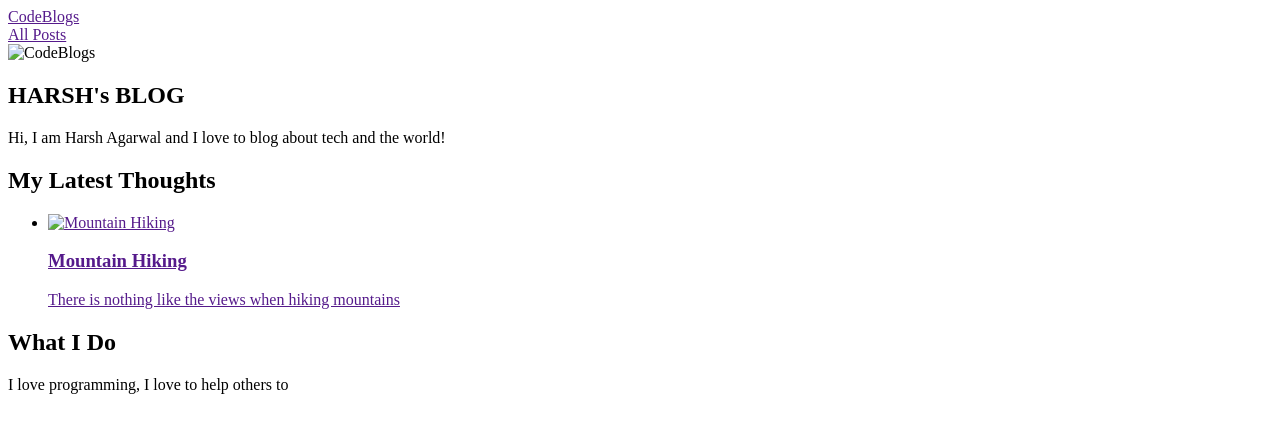
Repository: harshagr64/codeblogs
Page: http://localhost/
The author's editor kept a copy of each file at every save. The page is drawn from the files as they stood at one save, then again after a run of saves.
The browser window is 1280 px wide. The pictures show the whole page.
The page is served by the project's application, run on Django 3.2 (manage.py). Other server files are loaded and not shown.

Above is the page before, as saved 2021-08-21 09:48:42.

### codeblogs/blog/templates/blog/index.html
{% extends 'base.html' %} {% block title %}CodeBlogs{% endblock %}

{% block content %}
    <header id = "main-navigation">
        <a href = "">CodeBlogs</a>

        <nav>
            <a href = "">All Posts</a>
        </nav>
    </header>

    <section id = "welcome">
        <header>
            <img src = "" alt = "CodeBlogs">
            <h2>HARSH's BLOG</h2>
        </header>
        <p>Hi, I am Harsh Agarwal and I love to blog about tech and the world!</p>
    </section>
    <section id="latest-posts">
        <h2> My Latest Thoughts</h2>
        <ul>
            <li>
                <article class="post">
                    <a href="">
                        <img src="" alt="Mountain Hiking">
                        <div class="post__content">
                            <h3>Mountain Hiking</h3>
                            <p> There is nothing like the views when hiking mountains</p>
                        </div>
                    </a>
                </article>
            </li>
        </ul>
    </section>

    <section>
        <h2>What I Do</h2>
        <p> I love programming, I love to help others to
    </section>
{% endblock %}

### codeblogs/templates/base.html
<!DOCTYPE html>
<html lang="en">
  <head>
    <meta charset="UTF-8" />
    <meta http-equiv="X-UA-Compatible" content="IE=edge" />
    <meta name="viewport" content="width=device-width, initial-scale=1.0" />
    <title>{% block title %}CodeBlogs{% endblock %}</title>
    {% block css_files %}{% endblock %}
  </head>
  <body>
  {% block content %}{% endblock %}
  </body>
</html>

### codeblogs/blog/views.py
from django.shortcuts import render

def starting_page(request):
    return render(request, "blog/index.html")

def posts(request):
    pass


def post_detail(request):
    pass

### codeblogs/codeblogs/urls.py
"""codeblogs URL Configuration

The `urlpatterns` list routes URLs to views. For more information please see:
    https://docs.djangoproject.com/en/3.2/topics/http/urls/
Examples:
Function views
    1. Add an import:  from my_app import views
    2. Add a URL to urlpatterns:  path('', views.home, name='home')
Class-based views
    1. Add an import:  from other_app.views import Home
    2. Add a URL to urlpatterns:  path('', Home.as_view(), name='home')
Including another URLconf
    1. Import the include() function: from django.urls import include, path
    2. Add a URL to urlpatterns:  path('blog/', include('blog.urls'))
"""
from django.contrib import admin
from django.urls import path, include

urlpatterns = [
    path('admin/', admin.site.urls),
    path('', include("blog.urls") )
]

### codeblogs/blog/urls.py
from django.urls import path
from . import views

urlpatterns = [
    path("", views.starting_page, name="starting-page"),
    path("posts", views.posts, name="post-page"),
    path("posts/<slug:slug>", views.post_detail, name="post-detail-page")
]

After the next 4 saves:
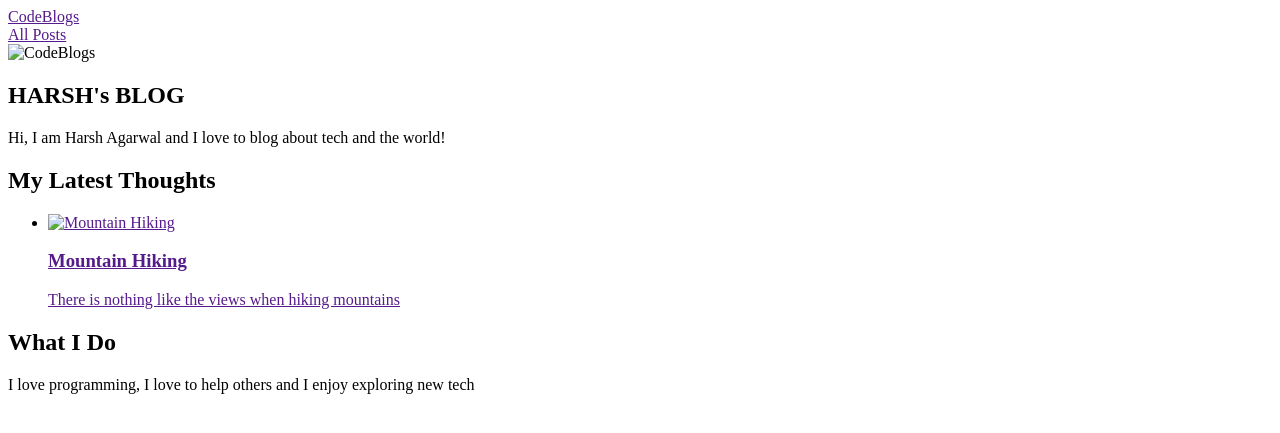
The 4 saves are shown as one change because they came seconds apart.
The last was saved 17 s later.
--- a/codeblogs/blog/templates/blog/index.html
+++ b/codeblogs/blog/templates/blog/index.html
@@ -35,6 +35,6 @@
 
     <section>
         <h2>What I Do</h2>
-        <p> I love programming, I love to help others to
+        <p> I love programming, I love to help others and I enjoy exploring new tech</p>
     </section>
 {% endblock %}
